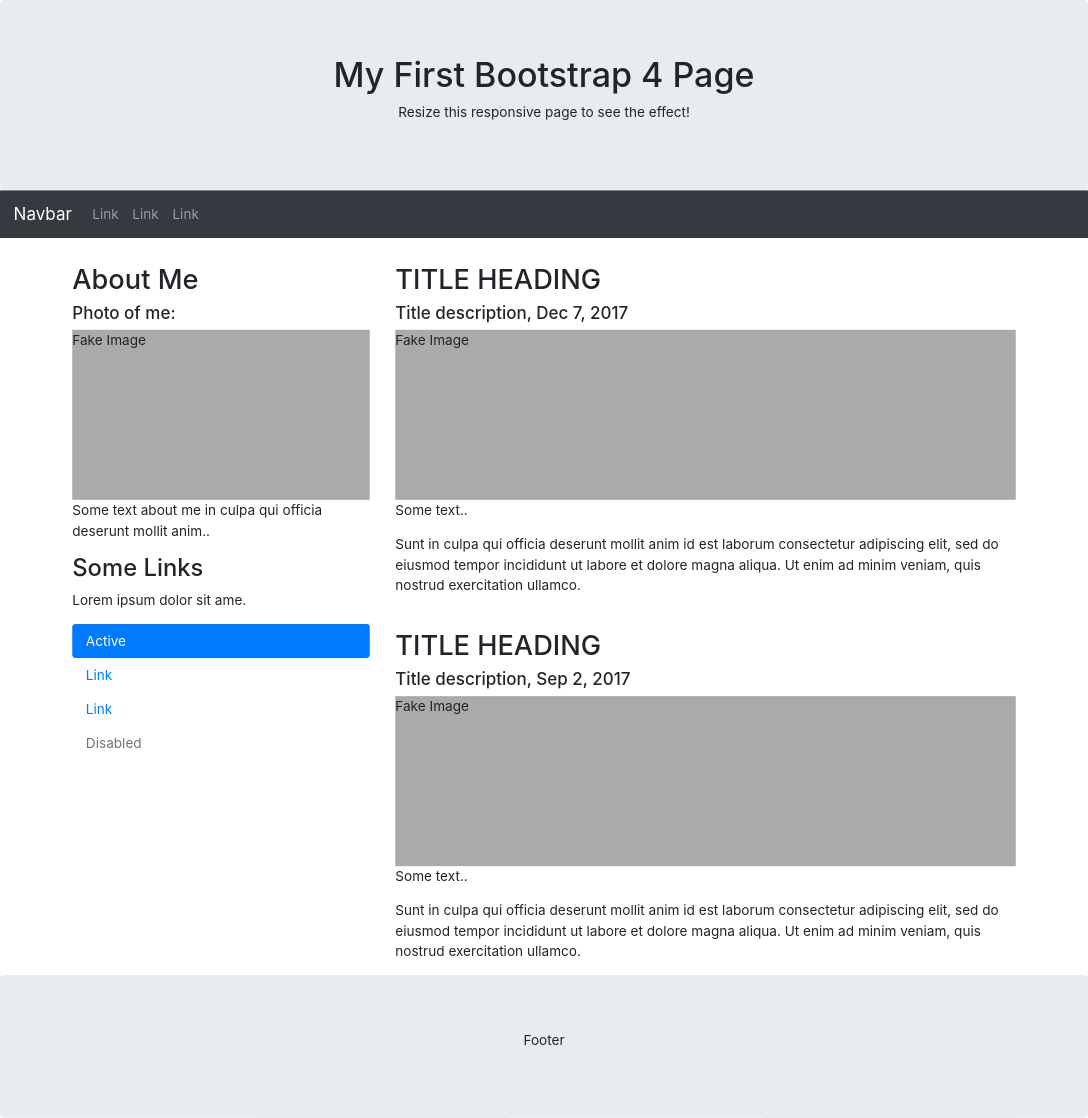
Repository: GunWoo-Kim0612/blog_project_study_review
Page: http://localhost/demo/WEB-INF/views/index.jsp
An editor plug-in stored every save of this project. The page is shown before and after the next save, followed by the edit.
The browser window is 1280 px wide. The pictures show the whole page, at 85% of full size.
The page is served by Tomcat 9. Nobody is signed in. Other server files are loaded and not shown. The template is opened directly, without the code that normally fills it, so the values that code supplies are empty.

Above is the page before, as saved 2023-01-31 07:38:41.

### demo/src/main/webapp/WEB-INF/views/index.jsp
<!DOCTYPE html>
<html lang="en">
<head>
  <title>Bootstrap 4 Website Example</title>
  <meta charset="utf-8">
  <meta name="viewport" content="width=device-width, initial-scale=1">
  <link rel="stylesheet" href="https://cdn.jsdelivr.net/npm/bootstrap@4.6.2/dist/css/bootstrap.min.css">
  <script src="https://cdn.jsdelivr.net/npm/jquery@3.6.1/dist/jquery.slim.min.js"></script>
  <script src="https://cdn.jsdelivr.net/npm/popper.js@1.16.1/dist/umd/popper.min.js"></script>
  <script src="https://cdn.jsdelivr.net/npm/bootstrap@4.6.2/dist/js/bootstrap.bundle.min.js"></script>
  <style>
  .fakeimg {
    height: 200px;
    background: #aaa;
  }
  </style>
</head>
<body>

<div class="jumbotron text-center" style="margin-bottom:0">
  <h1>My First Bootstrap 4 Page</h1>
  <p>Resize this responsive page to see the effect!</p>
</div>

<nav class="navbar navbar-expand-sm bg-dark navbar-dark">
  <a class="navbar-brand" href="#">Navbar</a>
  <button class="navbar-toggler" type="button" data-toggle="collapse" data-target="#collapsibleNavbar">
    <span class="navbar-toggler-icon"></span>
  </button>
  <div class="collapse navbar-collapse" id="collapsibleNavbar">
    <ul class="navbar-nav">
      <li class="nav-item">
        <a class="nav-link" href="#">Link</a>
      </li>
      <li class="nav-item">
        <a class="nav-link" href="#">Link</a>
      </li>
      <li class="nav-item">
        <a class="nav-link" href="#">Link</a>
      </li>
    </ul>
  </div>
</nav>

<div class="container" style="margin-top:30px">
  <div class="row">
    <div class="col-sm-4">
      <h2>About Me</h2>
      <h5>Photo of me:</h5>
      <div class="fakeimg">Fake Image</div>
      <p>Some text about me in culpa qui officia deserunt mollit anim..</p>
      <h3>Some Links</h3>
      <p>Lorem ipsum dolor sit ame.</p>
      <ul class="nav nav-pills flex-column">
        <li class="nav-item">
          <a class="nav-link active" href="#">Active</a>
        </li>
        <li class="nav-item">
          <a class="nav-link" href="#">Link</a>
        </li>
        <li class="nav-item">
          <a class="nav-link" href="#">Link</a>
        </li>
        <li class="nav-item">
          <a class="nav-link disabled" href="#">Disabled</a>
        </li>
      </ul>
      <hr class="d-sm-none">
    </div>
    <div class="col-sm-8">
      <h2>TITLE HEADING</h2>
      <h5>Title description, Dec 7, 2017</h5>
      <div class="fakeimg">Fake Image</div>
      <p>Some text..</p>
      <p>Sunt in culpa qui officia deserunt mollit anim id est laborum consectetur adipiscing elit, sed do eiusmod tempor incididunt ut labore et dolore magna aliqua. Ut enim ad minim veniam, quis nostrud exercitation ullamco.</p>
      <br>
      <h2>TITLE HEADING</h2>
      <h5>Title description, Sep 2, 2017</h5>
      <div class="fakeimg">Fake Image</div>
      <p>Some text..</p>
      <p>Sunt in culpa qui officia deserunt mollit anim id est laborum consectetur adipiscing elit, sed do eiusmod tempor incididunt ut labore et dolore magna aliqua. Ut enim ad minim veniam, quis nostrud exercitation ullamco.</p>
    </div>
  </div>
</div>

<div class="jumbotron text-center" style="margin-bottom:0">
  <p>Footer</p>
</div>

</body>
</html>

After the next save:
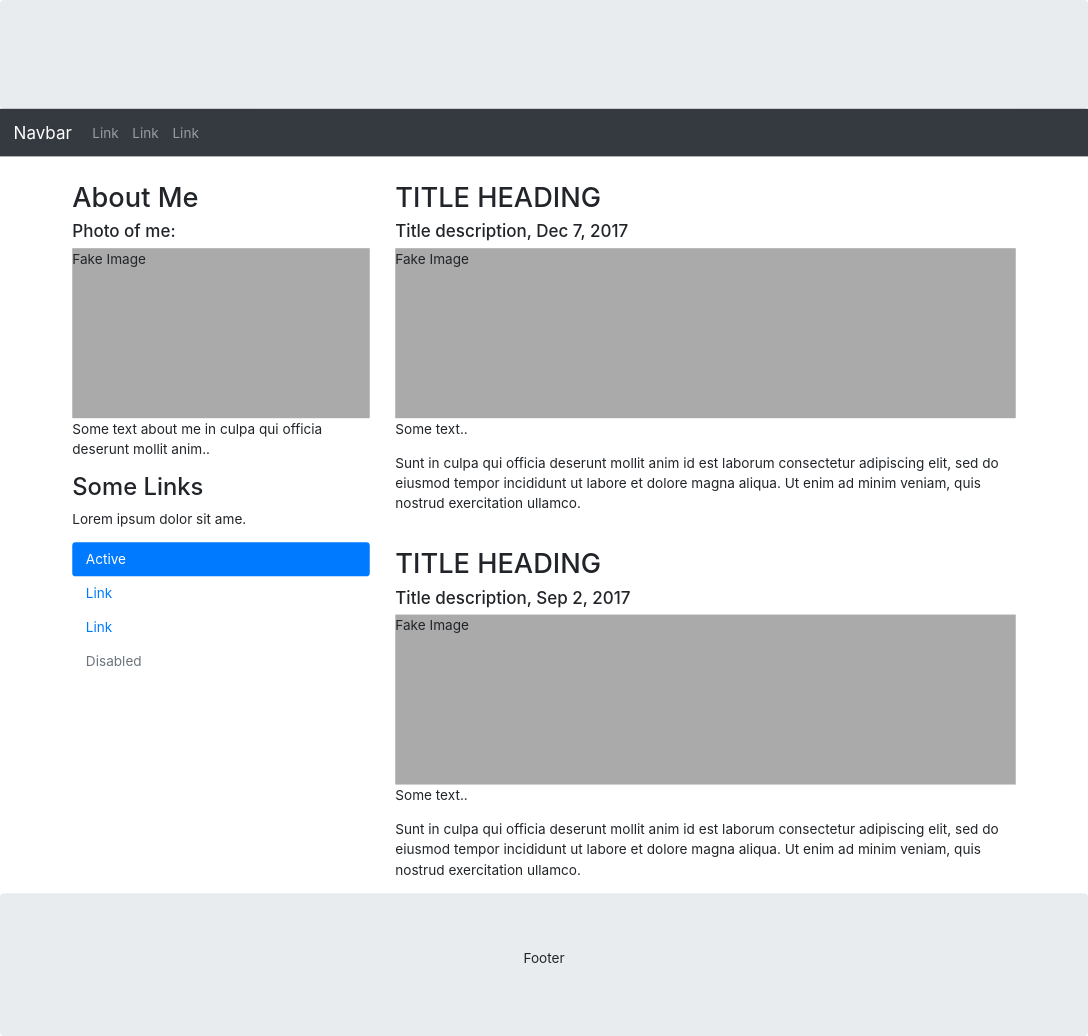
Saved 47 s later.
--- a/demo/src/main/webapp/WEB-INF/views/index.jsp
+++ b/demo/src/main/webapp/WEB-INF/views/index.jsp
@@ -18,8 +18,6 @@
 <body>
 
 <div class="jumbotron text-center" style="margin-bottom:0">
-  <h1>My First Bootstrap 4 Page</h1>
-  <p>Resize this responsive page to see the effect!</p>
 </div>
 
 <nav class="navbar navbar-expand-sm bg-dark navbar-dark">
